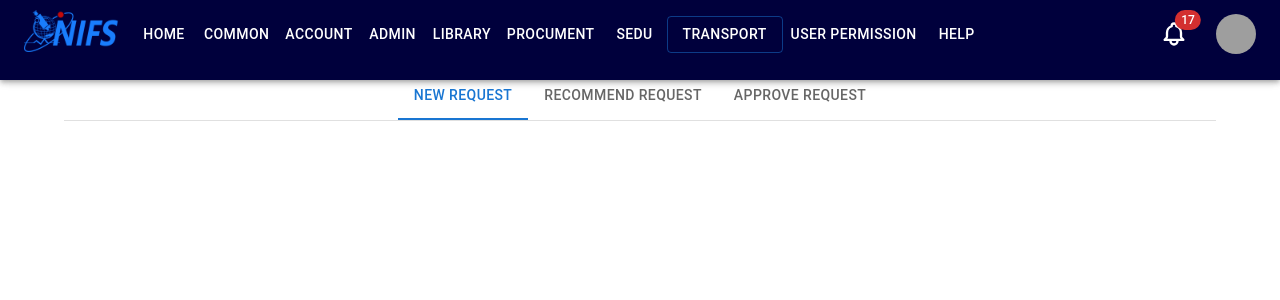
Repository: virangaj/NIFS-WebApp
Page: /transport (app in client/)
An editor plug-in stored every save of this project. The page is shown before and after the next save, followed by the edit.
The browser window is 1280 px wide. The pictures show the whole page.
Pictures or frames that could not be fetched are drawn as grey boxes. The project was rebuilt for these pictures with package versions that can differ from the ones it lists, and the page was loaded fresh each time. Also part of the build but not shown: client/src/pages/Login.tsx, client/src/pages/Home.tsx, client/src/pages/CommonMainPage.tsx, client/src/pages/AccountMainPage.tsx, client/src/pages/AdminMainPage.tsx, client/src/pages/LibraryMainPage.js, client/src/pages/ProcumentMainPage.js, client/src/pages/SeduMainPage.tsx and 3 more.

Above is the page before, as saved 2022-07-26 12:42:58.

### client/public/index.html
<!DOCTYPE html>
<html lang="en">
	<head>
		<meta charset="utf-8" />
		<link rel="icon" href="nifs_logo.png" />
		<meta name="viewport" content="width=device-width, initial-scale=1" />
		<meta name="theme-color" content="#000000" />
		<meta
			name="description"
			content="Web site created using create-react-app"
		/>
		<link rel="apple-touch-icon" href="%PUBLIC_URL%/logo192.png" />
		<!--
      manifest.json provides metadata used when your web app is installed on a
      user's mobile device or desktop. See https://developers.google.com/web/fundamentals/web-app-manifest/
    -->
		<link rel="manifest" href="%PUBLIC_URL%/manifest.json" />
		<!--
      Notice the use of %PUBLIC_URL% in the tags above.
      It will be replaced with the URL of the `public` folder during the build.
      Only files inside the `public` folder can be referenced from the HTML.

      Unlike "/favicon.ico" or "favicon.ico", "%PUBLIC_URL%/favicon.ico" will
      work correctly both with client-side routing and a non-root public URL.
      Learn how to configure a non-root public URL by running `npm run build`.
    -->
		<link
			href="https://fonts.googleapis.com/css?family=Poppins"
			rel="stylesheet"
		/>
		<title>NIFS Dashboard</title>
	</head>
	<body>
		<noscript>You need to enable JavaScript to run this app.</noscript>
		<div id="root"></div>
		<!--
      This HTML file is a template.
      If you open it directly in the browser, you will see an empty page.

      You can add webfonts, meta tags, or analytics to this file.
      The build step will place the bundled scripts into the <body> tag.

      To begin the development, run `npm start` or `yarn start`.
      To create a production bundle, use `npm run build` or `yarn build`.
    -->
	</body>
</html>

### client/src/index.css
* {
  margin: 0;
}

body {
  font-family: 'Poppins';
  -webkit-font-smoothing: antialiased;
  -moz-osx-font-smoothing: grayscale;
}

:root {
  --main-navbar-back: #00003c;

}


.nav-logo {
  width: 100px;
  height: auto;
}

/* main navbar */
.main-navbar {
  background-color: var(--main-navbar-back) !important;
  width: 100% !important;
  height: 80px !important;

}



/* secondary navbar */
.secondary-navbar {
  margin-top: 10vh !important;
  margin: auto;
}

/* body content */
.body-content {
  margin: auto;
  width: 90%;
  margin-top: 10vh;

}

.sub-body-content {
  margin: auto;
  width: 90%;
  margin-top: 3vh;
}

### client/src/App.tsx
import React, { useEffect } from 'react';
import Navbar from './components/shared/Navbar';
import Login from './pages/Login'
import { BrowserRouter as Router, Route, Routes } from 'react-router-dom'
import Home from './pages/Home';
import TransportMainPage from './pages/TransportMainPage';
import CommonMainPage from './pages/CommonMainPage';
import AccountMainPage from './pages/AccountMainPage';
import AdminMainPage from './pages/AdminMainPage';
import LibraryMainPage from './pages/LibraryMainPage';
import ProcumentMainPage from './pages/ProcumentMainPage';
import SeduMainPage from './pages/SeduMainPage';
import UserPermissionMainPage from './pages/UserPermissionMainPage';
import NotificationMainPage from './pages/NotificationMainPage';
import HelpMainPage from './pages/HelpMainPage';

function App() {


  return (
    <Router>
      <Navbar />
      <Routes>

        <Route path="/login" element={<Login />} />
        <Route path="/" element={<Home />} />
        <Route path="/common/*" element={<CommonMainPage />} />
        <Route path="/account/*" element={<AccountMainPage />} />
        <Route path="/admin/*" element={<AdminMainPage />} />
        <Route path="/library/*" element={<LibraryMainPage />} />
        <Route path="/procument/*" element={<ProcumentMainPage />} />
        <Route path="/sedu/*" element={<SeduMainPage />} />
        <Route path="/transport/*" element={<TransportMainPage />} />
        <Route
          path="/user-permission/*"
          element={<UserPermissionMainPage />}
        />
        <Route
          path="/notification/*"
          element={<NotificationMainPage />}
        />
        <Route path="/help/*" element={<HelpMainPage />} />
      </Routes>


    </Router>
  );
}

export default App;

### client/src/components/shared/Navbar.tsx
import * as React from 'react';
import AppBar from '@mui/material/AppBar';
import Box from '@mui/material/Box';
import Toolbar from '@mui/material/Toolbar';
import IconButton from '@mui/material/IconButton';
import Typography from '@mui/material/Typography';
import Menu from '@mui/material/Menu';
import Container from '@mui/material/Container';
import Avatar from '@mui/material/Avatar';
import Button from '@mui/material/Button';
import Tooltip from '@mui/material/Tooltip';
import MenuItem from '@mui/material/MenuItem';
import { HiMenuAlt2, HiOutlineBell } from "react-icons/hi";
import Badge from '@mui/material/Badge';
import Logo from '../../images/nifs_logo.png'
import { Link, useLocation } from 'react-router-dom';
const pages = [
    {
        id: 0,
        title: 'Home',
        link: '/',
    },
    {
        id: 1,
        title: 'Common',
        link: '/common',
    },
    {
        id: 2,
        title: 'Account',
        link: '/account',
    },
    {
        id: 3,
        title: 'Admin',
        link: '/admin',
    },
    {
        id: 4,
        title: 'Library',
        link: '/library',
    },
    {
        id: 5,
        title: 'Procument',
        link: '/procument',
    },
    {
        id: 6,
        title: 'SEDU',
        link: '/sedu',
    },
    {
        id: 7,
        title: 'Transport',
        link: '/transport',
    },
    {
        id: 8,
        title: 'User Permission',
        link: '/user-permission',
    },
    // {
    //     id: 9,
    //     title: 'Notification',
    //     link: '/notification',
    // },
    {
        id: 10,
        title: 'Help',
        link: '/help',
    },
];
const settings = [
    {
        id: 0,
        title: 'Login',
        link: '/login',
    },
];
const Navbar = () => {

    const location: any = useLocation();
    console.log(location.pathname.split('/')[1])


    const [anchorElNav, setAnchorElNav] = React.useState<null | HTMLElement>(null);
    const [anchorElUser, setAnchorElUser] = React.useState<null | HTMLElement>(null);

    const handleOpenNavMenu = (event: React.MouseEvent<HTMLElement>) => {
        setAnchorElNav(event.currentTarget);
    };
    const handleOpenUserMenu = (event: React.MouseEvent<HTMLElement>) => {
        setAnchorElUser(event.currentTarget);
    };

    const handleCloseNavMenu = () => {
        setAnchorElNav(null);
    };

    const handleCloseUserMenu = () => {
        setAnchorElUser(null);
    };

    return (
        <AppBar position="fixed" className="main-navbar">
            <Container maxWidth="xl">
                <Toolbar disableGutters>
                    {/*Responsive view start here  */}
                    <Box sx={{ display: { xs: 'none', md: 'flex' }, mr: 1 }}>
                        <Link to='/'>
                            <img src={Logo} alt="logo" className="nav-logo" />
                        </Link>
                    </Box>


                    <Box sx={{ flexGrow: 1, display: { xs: 'flex', md: 'none' } }}>
                        <IconButton
                            size="large"
                            aria-label="account of current user"
                            aria-controls="menu-appbar"
                            aria-haspopup="true"
                            onClick={handleOpenNavMenu}
                            color="inherit"
                        >
                            <HiMenuAlt2 />
                        </IconButton>
                        <Menu
                            id="menu-appbar"
                            anchorEl={anchorElNav}
                            anchorOrigin={{
                                vertical: 'bottom',
                                horizontal: 'left',
                            }}
                            keepMounted
                            transformOrigin={{
                                vertical: 'top',
                                horizontal: 'left',
                            }}
                            open={Boolean(anchorElNav)}
                            onClose={handleCloseNavMenu}
                            sx={{
                                display: { xs: 'block', md: 'none' },
                            }}
                        >
                            {pages && pages.map((page) => (
                                location.pathname.split('/')[1] === page.link.split('/')[1] ?
                                    <Link to={page.link} style={{ textDecoration: 'none' }} >
                                        <Button
                                            key={page.id}
                                            onClick={handleCloseNavMenu}
                                            sx={{ my: 2, color: 'white', display: 'block' }}
                                            style={{ backgroundColor: '#000', color: '#fff', fontWeight: 700 }}
                                        >
                                            {page.title}
                                        </Button>
                                    </Link>
                                    :
                                    <Link to={page.link} style={{ textDecoration: 'none' }} >
                                        <Button
                                            key={page.id}
                                            onClick={handleCloseNavMenu}
                                            sx={{ my: 2, color: 'white', display: 'block' }}
                                            style={{ backgroundColor: '#fff', color: '#000' }}
                                        >
                                            {page.title}
                                        </Button>
                                    </Link>
                            ))}
                        </Menu>
                    </Box>
                    {/* Responsive view ends here */}

                    {/* Full width starts here */}
                    <Box
                        sx={{
                            mr: 2,
                            display: { xs: 'flex', md: 'none' },
                            flexGrow: 1,
                        }}
                    >
                        <Link to='/'>
                            <img src={Logo} alt="logo" className="nav-logo" />
                        </Link>
                    </Box>

                    <Box sx={{ flexGrow: 1, display: { xs: 'none', md: 'flex' } }}>
                        {pages.map((page) => (
                            location.pathname.split('/')[1] === page.link.split('/')[1] ?
                                <Link to={page.link} style={{ textDecoration: 'none' }} >
                                    <Button
                                        key={page.id}
                                        onClick={handleCloseNavMenu}
                                        sx={{ my: 2, color: 'white', display: 'block' }}
                                        // style={{ backgroundColor: '#fff', color: '#000', fontWeight: 700 }}
                                        variant="outlined"

                                    >
                                        {page.title}
                                    </Button>
                                </Link>
                                :
                                <Link to={page.link} style={{ textDecoration: 'none' }} >
                                    <Button
                                        key={page.id}
                                        onClick={handleCloseNavMenu}
                                        sx={{ my: 2, color: 'white', display: 'block' }}

                                    >
                                        {page.title}
                                    </Button>
                                </Link>
                        ))}
                    </Box>
                    <IconButton
                        size="large"
                        aria-label="show 17 new notifications"
                        color="inherit"
                        sx={{ mr: 2 }}
                    >
                        <Badge badgeContent={17} color="error">
                            <HiOutlineBell />
                        </Badge>
                    </IconButton>
                    <Box sx={{ flexGrow: 0 }}>
                        <Tooltip title="Open settings">
                            <IconButton onClick={handleOpenUserMenu} sx={{ p: 0 }}>
                                <Avatar alt="Remy Sharp" src="/static/images/avatar/2.jpg" />
                            </IconButton>
                        </Tooltip>
                        <Menu
                            sx={{ mt: '45px' }}
                            id="menu-appbar"
                            anchorEl={anchorElUser}
                            anchorOrigin={{
                                vertical: 'top',
                                horizontal: 'right',
                            }}
                            keepMounted
                            transformOrigin={{
                                vertical: 'top',
                                horizontal: 'right',
                            }}
                            open={Boolean(anchorElUser)}
                            onClose={handleCloseUserMenu}
                        >
                            {settings && settings.map((setting) => (
                                <MenuItem key={setting.id} onClick={handleCloseUserMenu}>
                                    <Typography textAlign="center">{setting.title}</Typography>
                                </MenuItem>
                            ))}
                        </Menu>
                    </Box>
                </Toolbar>
            </Container>
        </AppBar>
    );
};
export default Navbar;

### client/src/pages/TransportMainPage.tsx
import React from 'react';

import TransportNavbar from '../components/Transport/shared/TransportNavbar';
import { Route, Routes } from 'react-router-dom';
import NewRequest from '../components/Transport/NewRequest';
import RecommendedRequest from '../components/Transport/RecommendedRequest';
import ApproveRequest from '../components/Transport/ApproveRequest';

// transport main page where all other section of transport department can be access from here
function TransportMainPage() {
	return (
		<div>
			<TransportNavbar />
			<div className="sub-body-content">
				<Routes>
					{/* <Route path="/" element={<NewRequest />} />
					<Route path="/recommend" element={<RecommendedRequest />} />
					<Route path="/approve" element={<ApproveRequest />} /> */}
				</Routes>
			</div>
		</div>
	);
}

export default TransportMainPage;

### client/src/components/Transport/shared/TransportNavbar.js
import * as React from 'react';
import Tabs from '@mui/material/Tabs';
import Tab from '@mui/material/Tab';
import Box from '@mui/material/Box';
import { Link, useLocation } from 'react-router-dom';

export default function TransportNavbar() {
	const location = useLocation();

	const pages = [
		{
			id: 0,
			title: 'New Request',
			link: '/transport',
		},
		{
			id: 1,
			title: 'Recommend Request',
			link: '/transport/recommend',
		},
		{
			id: 2,
			title: 'Approve Request',
			link: '/transport/approve',
		},
	];

	return (
		<Box sx={{ width: '90%' }} className="secondary-navbar">
			<Box sx={{ borderBottom: 1, borderColor: 'divider' }}>
				<Tabs value={location.pathname} centered>
					{pages &&
						pages.map((page) => (
							<Tab
								key={page.id}
								label={page.title}
								value={page.link}
								component={Link}
								to={page.link}
							/>
						))}
				</Tabs>
			</Box>
		</Box>
	);
}

Loaded but not shown: client/src/index.tsx (common file); client/src/reportWebVitals.ts (common file)

After the next save:
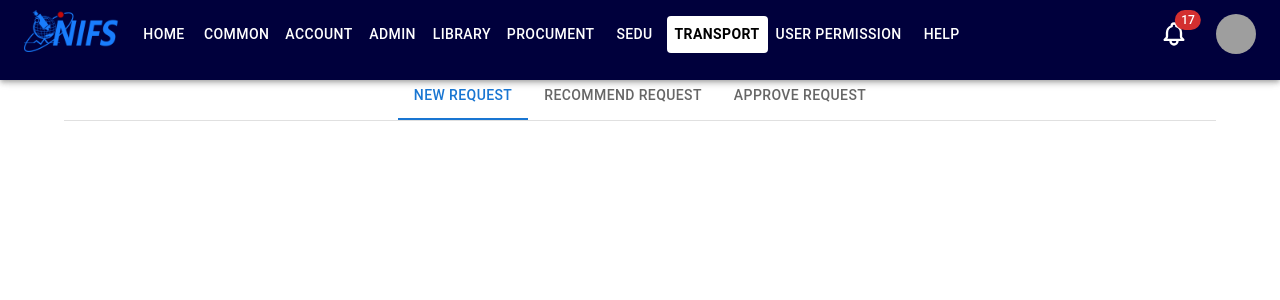
Saved 14 s later.
--- a/client/src/components/shared/Navbar.tsx
+++ b/client/src/components/shared/Navbar.tsx
@@ -192,8 +192,8 @@ const Navbar = () => {
                                         key={page.id}
                                         onClick={handleCloseNavMenu}
                                         sx={{ my: 2, color: 'white', display: 'block' }}
-                                        // style={{ backgroundColor: '#fff', color: '#000', fontWeight: 700 }}
-                                        variant="outlined"
+                                        style={{ backgroundColor: '#fff', color: '#000', fontWeight: 700 }}
+
 
                                     >
                                         {page.title}
